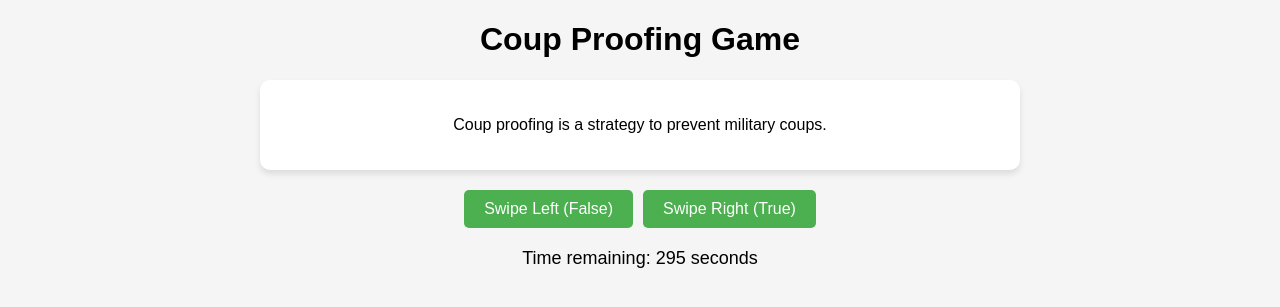
Repository: tyfeeney/Coup-Proofing-Alpha
Page: index.html
These files come from the project's save history. The page is drawn as it stood at one moment and after the next save; the edit follows.
The browser window is 1280 px wide. The pictures show the whole page.

Above is the page before, as saved 2023-04-25 20:46:15.

### index.html
<!DOCTYPE html>
<html lang="en">
<head>
  <meta charset="UTF-8">
  <meta name="viewport" content="width=device-width, initial-scale=1.0">
  <link rel="stylesheet" href="styles.css">
  <title>Tinder-Style Coup Proofing Game</title>
</head>
<body>
  <div class="container">
    <h1>Coup Proofing Game</h1>
    <div class="card">
      <p class="statement"></p>
    </div>
    <div class="buttons">
      <button id="left-btn">Swipe Left (False)</button>
      <button id="right-btn">Swipe Right (True)</button>
    </div>
    <div class="timer">
      Time remaining: <span id="time">300</span> seconds
    </div>
    <div class="score" hidden>
      Your score: <span id="score">0</span>
    </div>
  </div>
  <script src="scripts.js"></script>
</body>
</html>

### styles.css
body {
    font-family: Arial, sans-serif;
    background-color: #f5f5f5;
  }

  .container {
    max-width: 800px;
    margin: 0 auto;
    text-align: center;
  }

  .card {
    background-color: white;
    padding: 20px;
    margin: 20px;
    border-radius: 10px;
    box-shadow: 0 4px 6px rgba(0, 0, 0, 0.1);
  }

  .buttons {
    display: flex;
    justify-content: center;
    gap: 10px;
  }

  button {
    background-color: #4CAF50;
    color: white;
    border: none;
    border-radius: 5px;
    padding: 10px 20px;
    font-size: 16px;
    cursor: pointer;
  }

  button:hover {
    background-color: #45a049;
  }

  .timer, .score {
    font-size: 18px;
    margin-top: 20px;
  }

### scripts.js
const statements = [
  { text: 'Coup proofing is a strategy to prevent military coups.', answer: true },
  { text: 'Coup proofing involves weakening the military to reduce its capacity to stage a coup.', answer: true },
  { text: 'Middle Eastern states have never experienced military coups.', answer: false },
  { text: 'Leaders in the Middle East often rely on personalistic networks to maintain power.', answer: true },
  { text: 'Coup proofing may involve creating multiple competing security forces.', answer: true },
  { text: 'Coup proofing always results in more stable and democratic governments.', answer: false },
  { text: 'The use of patronage and loyalty networks is a common aspect of coup proofing.', answer: true },
  { text: 'All Middle Eastern states practice coup proofing to the same extent.', answer: false },
  { text: 'Hinnebusch argues that the Middle East is particularly prone to military coups.', answer: true },
  { text: 'Coup proofing in the Middle East never involves foreign support or intervention.', answer: false },
  { text: 'Coup proofing may lead to lower military effectiveness in external conflicts.', answer: true },
  { text: 'Coup-proofed regimes are always more stable than non-coup-proofed regimes.', answer: false },
  { text: 'Middle Eastern regimes may rely on minority groups for support in coup proofing efforts.', answer: true },
  { text: 'Coup proofing measures can negatively affect economic growth and development.', answer: true },
  { text: 'There are no negative consequences of coup proofing for regime stability.', answer: false },
  { text: 'Coup proofing often results in the centralization of power in the hands of the leader.', answer: true },
  { text: 'The Middle East has a higher rate of military coups compared to other regions.', answer: true },
  { text: 'External threats can sometimes justify coup proofing measures in the eyes of the public.', answer: true },
  { text: 'Coup proofing measures have no impact on civil-military relations.', answer: false },
  { text: 'Surveillance and intelligence networks are often used for coup proofing purposes.', answer: true },
  { text: 'Coup proofing always leads to better international relations for a country.', answer: false },
  { text: 'Coup proofing measures are always visible and easy to identify.', answer: false },
  { text: 'Coup proofing can involve promoting loyal officers over competent ones.', answer: true },
  { text: 'Coup proofing has no impact on the balance of power within a regime.', answer: false },
  { text: 'Coup proofing measures can sometimes backfire and lead to instability.', answer: true }
];

  const statementElem = document.querySelector('.statement');
  const leftBtn = document.getElementById('left-btn');
  const rightBtn = document.getElementById('right-btn');
  const timerElem = document.getElementById('time');
  const scoreElem = document.getElementById('score');
  const scoreContainer = document.querySelector('.score');

  let currentIndex = 0;
  let score = 0;
  let timeLeft = 300;

  function setStatement(index) {
    if (index >= statements.length) {
      gameOver();
      return;
    }
    statementElem.textContent = statements[index].text;
  }

  function checkAnswer(answer) {
    if (answer === statements[currentIndex].answer) {
      score++;
    }
    currentIndex++;
    setStatement(currentIndex);
  }

  function gameOver() {
    statementElem.remove();
    leftBtn.remove();
    rightBtn.remove();
    scoreElem.textContent = score;
    scoreContainer.hidden = false;
  }

// Timer countdown
function startTimer() {
    const interval = setInterval(() => {
      timeLeft--;
      timerElem.textContent = timeLeft;
      if (timeLeft <= 0) {
        clearInterval(interval);
        gameOver();
      }
    }, 1000);
  }

  // Initialize game
  function init() {
    setStatement(currentIndex);
    startTimer();

    leftBtn.addEventListener('click', () => {
      checkAnswer(false);
    });

    rightBtn.addEventListener('click', () => {
      checkAnswer(true);
    });
  }

  init();

After the next save:
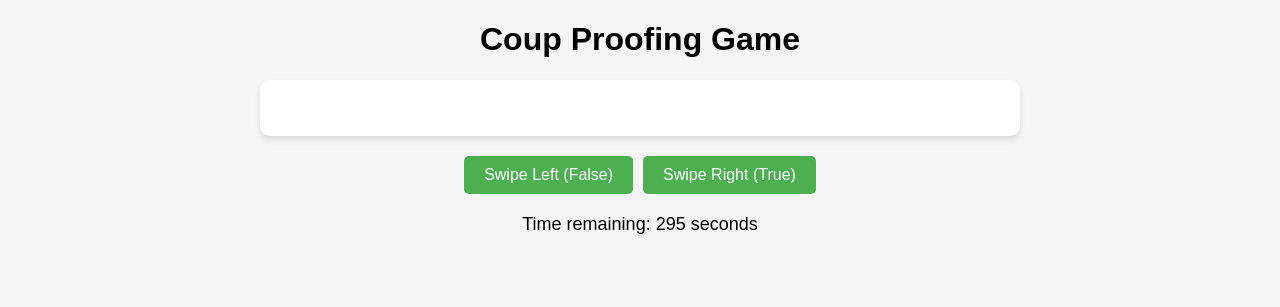
Saved 8 min 56 s later.
--- a/scripts.js
+++ b/scripts.js
@@ -1,29 +1,30 @@
 const statements = [
-  { text: 'Coup proofing is a strategy to prevent military coups.', answer: true },
-  { text: 'Coup proofing involves weakening the military to reduce its capacity to stage a coup.', answer: true },
-  { text: 'Middle Eastern states have never experienced military coups.', answer: false },
-  { text: 'Leaders in the Middle East often rely on personalistic networks to maintain power.', answer: true },
-  { text: 'Coup proofing may involve creating multiple competing security forces.', answer: true },
-  { text: 'Coup proofing always results in more stable and democratic governments.', answer: false },
-  { text: 'The use of patronage and loyalty networks is a common aspect of coup proofing.', answer: true },
-  { text: 'All Middle Eastern states practice coup proofing to the same extent.', answer: false },
-  { text: 'Hinnebusch argues that the Middle East is particularly prone to military coups.', answer: true },
-  { text: 'Coup proofing in the Middle East never involves foreign support or intervention.', answer: false },
-  { text: 'Coup proofing may lead to lower military effectiveness in external conflicts.', answer: true },
-  { text: 'Coup-proofed regimes are always more stable than non-coup-proofed regimes.', answer: false },
-  { text: 'Middle Eastern regimes may rely on minority groups for support in coup proofing efforts.', answer: true },
-  { text: 'Coup proofing measures can negatively affect economic growth and development.', answer: true },
-  { text: 'There are no negative consequences of coup proofing for regime stability.', answer: false },
-  { text: 'Coup proofing often results in the centralization of power in the hands of the leader.', answer: true },
-  { text: 'The Middle East has a higher rate of military coups compared to other regions.', answer: true },
-  { text: 'External threats can sometimes justify coup proofing measures in the eyes of the public.', answer: true },
-  { text: 'Coup proofing measures have no impact on civil-military relations.', answer: false },
-  { text: 'Surveillance and intelligence networks are often used for coup proofing purposes.', answer: true },
-  { text: 'Coup proofing always leads to better international relations for a country.', answer: false },
-  { text: 'Coup proofing measures are always visible and easy to identify.', answer: false },
-  { text: 'Coup proofing can involve promoting loyal officers over competent ones.', answer: true },
-  { text: 'Coup proofing has no impact on the balance of power within a regime.', answer: false },
-  { text: 'Coup proofing measures can sometimes backfire and lead to instability.', answer: true }
+  {
+    scenario: "Egypt",
+    questions: [
+      { text: 'Egypt has a history of military coups.', answer: true },
+      { text: 'Egypt successfully coup-proofed its regime during the 2011 Arab Spring.', answer: false },
+      { text: 'The Egyptian military plays a significant role in the country\'s economy.', answer: true },
+      // Add more Egypt-related questions as needed
+    ],
+    outcomes: {
+      positive: 'Egypt managed to maintain stability.',
+      negative: 'Egypt faced political turmoil and regime collapse.',
+    },
+  },
+  {
+    scenario: "Syria",
+    questions: [
+      { text: 'Syria has been successful in coup proofing its regime.', answer: true },
+      { text: 'The Alawite minority plays a significant role in the Syrian military.', answer: true },
+      { text: 'Syria\'s economy has not been affected by coup proofing measures.', answer: false },
+      // Add more Syria-related questions as needed
+    ],
+    outcomes: {
+      positive: 'Syria managed to maintain regime stability.',
+      negative: 'Syria faced internal conflict and regime collapse.',
+    },
+  },
 ];
 
   const statementElem = document.querySelector('.statement');
